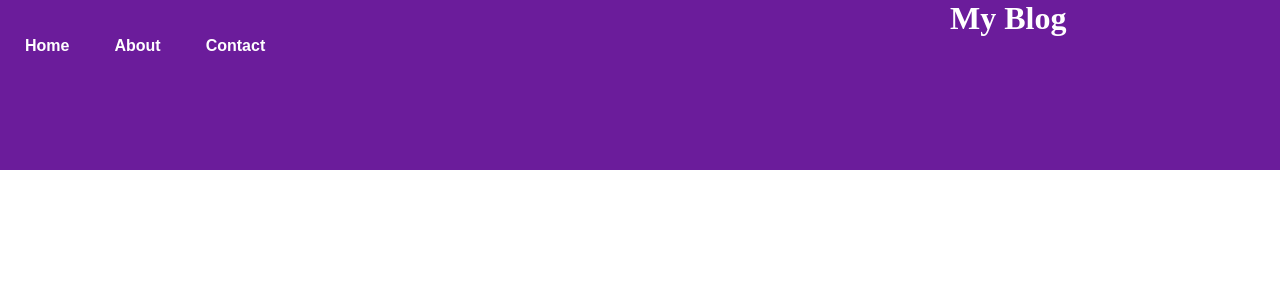
Repository: Femi007-gh/BLOG
Page: index.html
These files come from the project's save history. The page is drawn as it stood at one moment and after a run of saves; the edit follows.
The browser window is 1280 px wide. The pictures show the whole page.

Above is the page before, as saved 2025-01-08 07:02:42.

### index.html
<html>
  <head>
    <title>BLOG</title>
    <link rel="stylesheet" href="style.css">
  </head>
  <body>
    <header>
      <h1 class="head">My Blog</h1>
      <nav>
        <ul>
          <li><a href="#">Home</a></li>
          <li><a href="#">About</a></li>
          <li><a href="#">Contact</a></li>
        </ul>
      </nav>
    </header>
  </body>
</html>

### style.css
header {
  background-color: 6B1C9B;
  color: white;
  height: 170px;
}
* {
  margin: 0;
  padding: 0;
}

.desc {
  max-width: 1200px;
  margin: o auto;
  display: flex;
  align-items: center;
  justify-content: space-between;
}

header h1 {
  margin-left:950px;
}

nav ul {
  list-style-type: none;
  display:  flex;
}

nav ul li {
  margin-right: 20px;
}

nav ul li a {
  color: white;
  text-decoration: none;
  font-weight: bold;
}

li{
  color: rgb(194, 189, 189);
  margin-left: 25px;
}

li a{
  text-decoration: none;
  color: black;
  font-family: Arial;
}

After the next 3 saves:
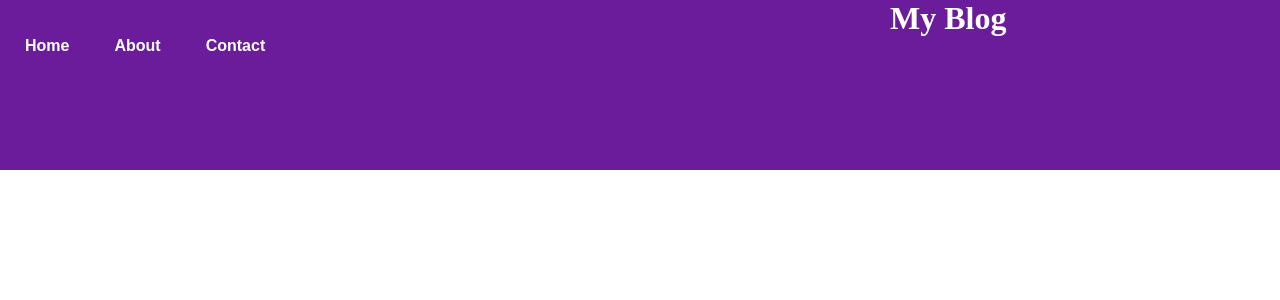
The 3 saves are shown as one change because they came seconds apart.
The last was saved 9 s later.
--- a/style.css
+++ b/style.css
@@ -17,7 +17,7 @@ header {
 }
 
 header h1 {
-  margin-left:950px;
+  margin-left:890px;
 }
 
 nav ul {
